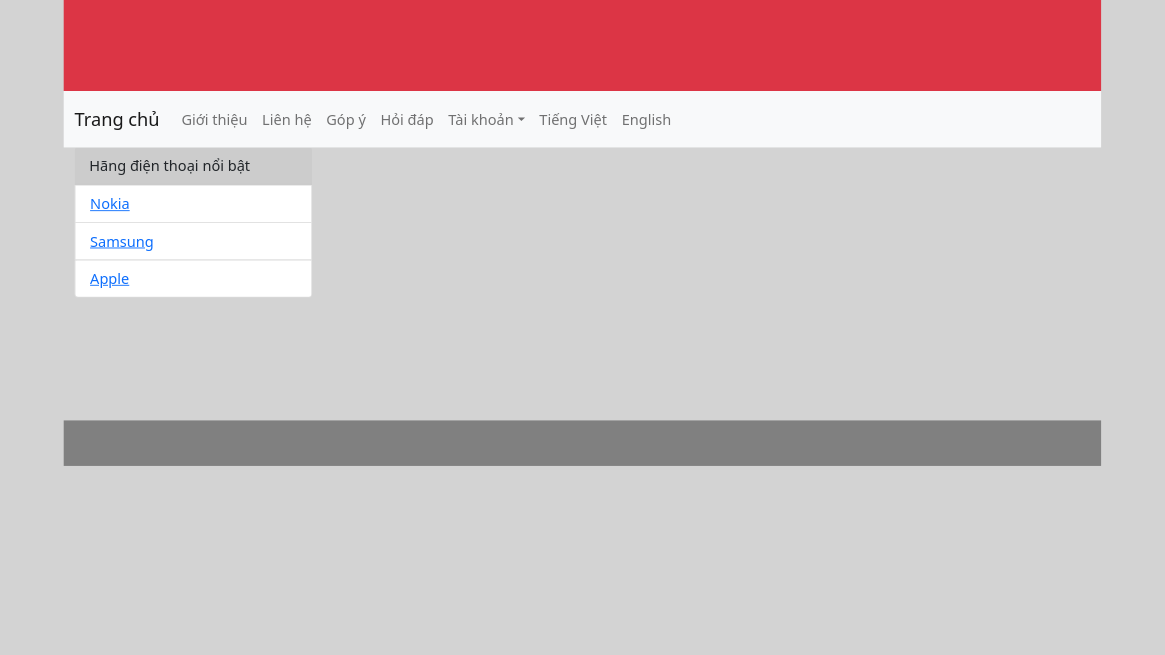
Repository: minhtu5502/fontendFamework
Page: day1 copy/demotab.html
The author's editor kept a copy of each file at every save. The page is drawn from the files as they stood at one save, then again after the next save.
The browser window is 1280 px wide. The pictures show the whole page, at 91% of full size.

Above is the page before, as saved 2022-01-11 14:47:54.

After the next save:
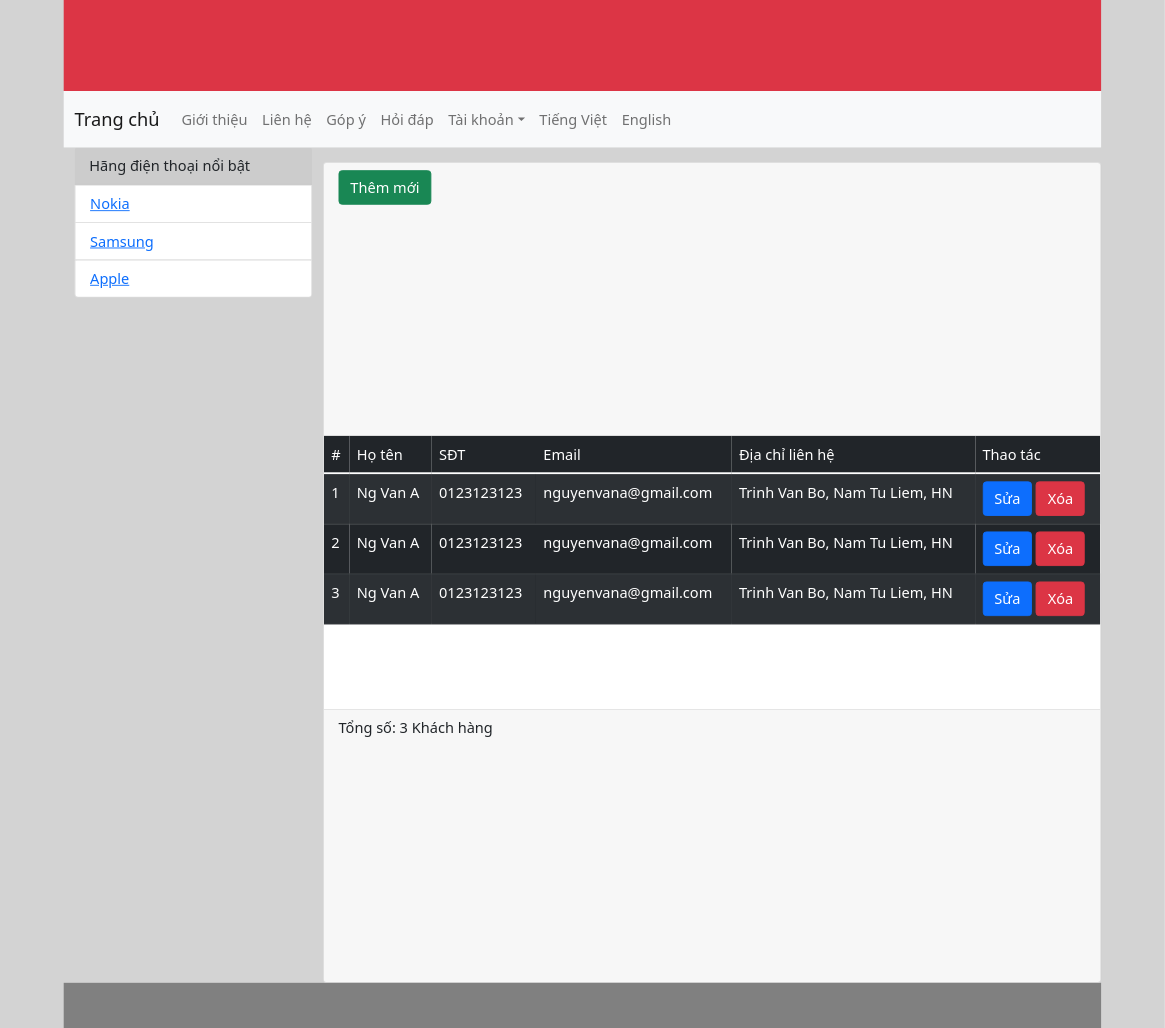
Saved 8 min 28 s later.
--- a/day1 copy/demotab.html
+++ b/day1 copy/demotab.html
@@ -87,9 +87,63 @@
                 </ul>
             </aside>
             <article class="col-12 col-md-9 p-0 pt-3">
-                <table class="table table-dark table-hover">
-
-                </table>
+                <div class="container p-0">
+                    <div class="card">
+                        <div class="card-header">
+                            <button class="btn btn-success">Thêm mới</button>
+                        </div>
+                        <div class="table-responsive">
+                            <table class="table table-striped table-dark text-nowrap">
+                                <thead>
+                                    <tr>
+                                        <td>#</td>
+                                        <td>Họ tên</td>
+                                        <td>SĐT</td>
+                                        <td>Email</td>
+                                        <td>Địa chỉ liên hệ</td>
+                                        <td colspan="2">Thao tác</td>
+                                    </tr>
+                                </thead>
+                                <tbody>
+                                    <tr>
+                                        <td>1</td>
+                                        <td>Ng Van A</td>
+                                        <td>0123123123</td>
+                                        <td>nguyenvana@gmail.com</td>
+                                        <td>Trinh Van Bo, Nam Tu Liem, HN</td>
+                                        <td>
+                                            <button class="btn btn-primary">Sửa</button>
+                                            <button class="btn btn-danger">Xóa</button>
+                                        </td>
+                                    </tr>
+                                    <tr>
+                                        <td>2</td>
+                                        <td>Ng Van A</td>
+                                        <td>0123123123</td>
+                                        <td>nguyenvana@gmail.com</td>
+                                        <td>Trinh Van Bo, Nam Tu Liem, HN</td>
+                                        <td>
+                                            <button class="btn btn-primary">Sửa</button>
+                                            <button class="btn btn-danger">Xóa</button>
+                                        </td>
+                                    </tr>
+                                    <tr>
+                                        <td>3</td>
+                                        <td>Ng Van A</td>
+                                        <td>0123123123</td>
+                                        <td>nguyenvana@gmail.com</td>
+                                        <td>Trinh Van Bo, Nam Tu Liem, HN</td>
+                                        <td>
+                                            <button class="btn btn-primary">Sửa</button>
+                                            <button class="btn btn-danger">Xóa</button>
+                                        </td>
+                                    </tr>
+                                </tbody>
+                            </table>
+                        </div>
+                        <div class="card-footer">Tổng số: 3 Khách hàng</div>
+                    </div>
+                </div>
             </article>
         </div>
         <footer class="row"></footer>
